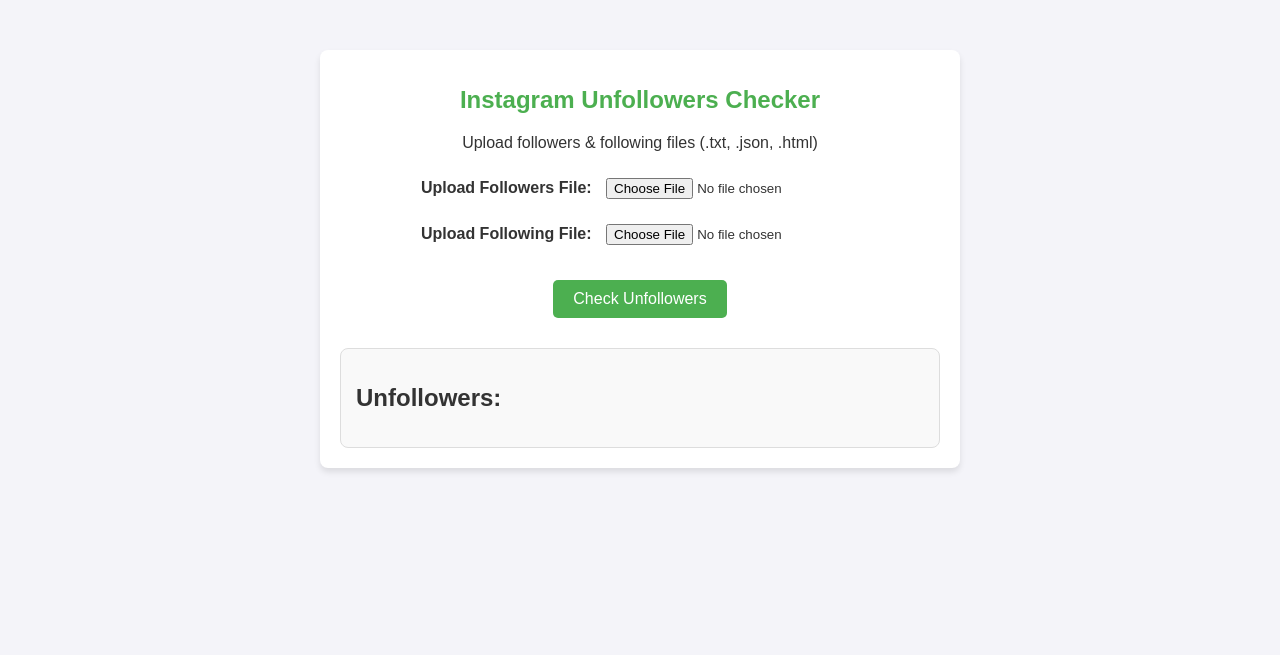
Repository: GiraldoNainggolan/IUC
Page: index.html
The author's editor kept a copy of each file at every save. The page is drawn from the files as they stood at one save, then again after the next save.
The browser window is 1280 px wide. The pictures show the whole page.

Above is the page before, as saved 2025-02-04 16:00:40.

After the next save:
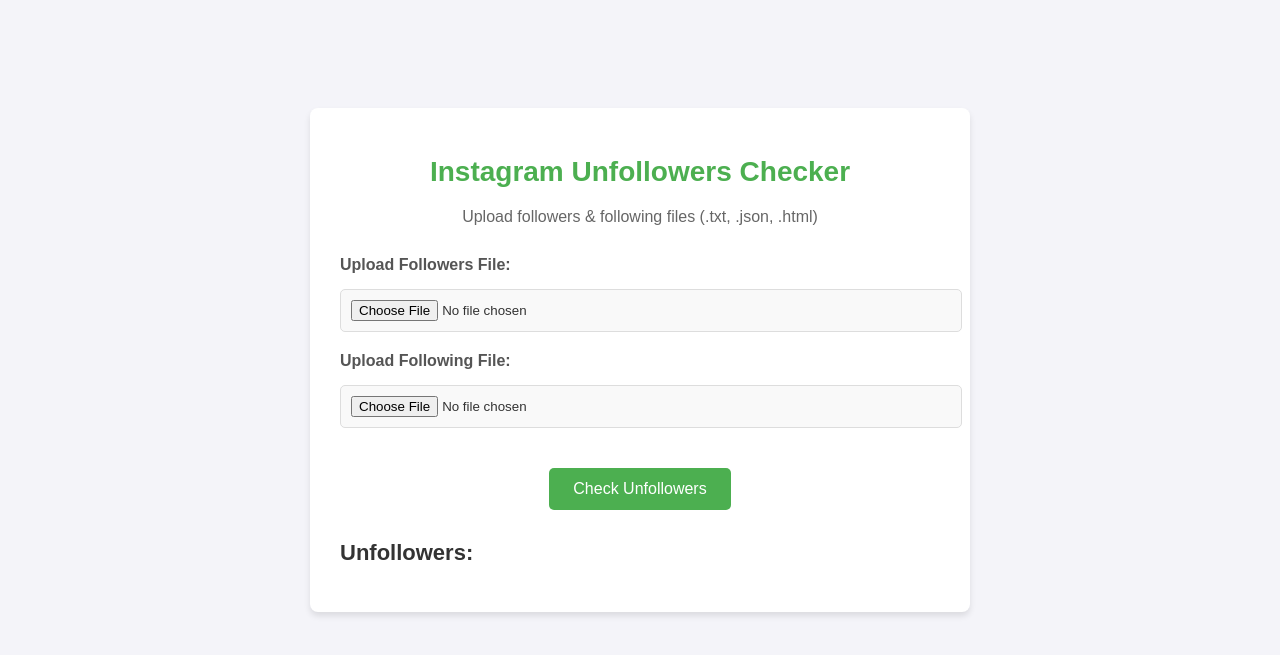
Saved 32 s later.
--- a/style.css
+++ b/style.css
@@ -4,46 +4,65 @@
     color: #333;
     margin: 0;
     padding: 0;
+    display: flex;
+    justify-content: center;
+    align-items: center;
+    height: 100vh;
 }
 
 .container {
     max-width: 600px;
-    margin: 50px auto;
+    width: 100%;
     background: #fff;
-    padding: 20px;
+    padding: 30px;
     box-shadow: 0 4px 6px rgba(0, 0, 0, 0.1);
     border-radius: 8px;
     text-align: center;
 }
 
 h1 {
-    font-size: 24px;
+    font-size: 28px;
     margin-bottom: 20px;
     color: #4CAF50;
 }
 
+p {
+    font-size: 16px;
+    color: #666;
+    margin-bottom: 30px;
+}
+
 .upload-section {
-    margin: 15px 0;
+    margin: 20px 0;
+    text-align: left;
 }
 
 label {
     font-weight: bold;
-    margin-right: 10px;
+    display: block;
+    margin-bottom: 10px;
+    color: #555;
 }
 
 input[type="file"] {
-    margin-top: 10px;
+    width: 100%;
+    padding: 10px;
+    border: 1px solid #ddd;
+    border-radius: 5px;
+    background: #f9f9f9;
+    margin-top: 5px;
 }
 
 button {
     margin-top: 20px;
-    padding: 10px 20px;
+    padding: 12px 24px;
     font-size: 16px;
     background: #4CAF50;
     color: white;
     border: none;
     border-radius: 5px;
     cursor: pointer;
+    transition: background 0.3s ease;
 }
 
 button:hover {
@@ -52,6 +71,13 @@
 
 .result {
     margin-top: 30px;
+    text-align: left;
+}
+
+h2 {
+    font-size: 22px;
+    color: #333;
+    margin-bottom: 15px;
 }
 
 ul {
@@ -61,43 +87,9 @@
 
 ul li {
     background: #f9f9f9;
-    margin: 5px 0;
-    padding: 10px;
+    margin: 10px 0;
+    padding: 15px;
     border: 1px solid #ddd;
     border-radius: 4px;
+    color: #555;
 }
-
-/* Tambahkan ini ke CSS Anda */
-
-.result {
-    margin-top: 30px;
-    text-align: left;
-    max-height: 300px; /* Atur tinggi maksimal container */
-    overflow-y: auto; /* Tambahkan scroll jika konten melebihi tinggi */
-    border: 1px solid #ddd; /* Tambahkan border untuk kejelasan */
-    border-radius: 8px;
-    padding: 15px;
-    background: #f9f9f9;
-}
-
-ul#unfollowersList {
-    margin: 0;
-    padding: 0;
-}
-
-ul#unfollowersList li {
-    background: #fff;
-    margin: 10px 0;
-    padding: 12px;
-    border: 1px solid #eee;
-    border-radius: 5px;
-    color: #555;
-    word-wrap: break-word; /* Memastikan teks panjang tidak overflow */
-    overflow-wrap: break-word; /* Memastikan teks panjang tidak overflow */
-}
-
-/* Jika ingin menambahkan hover effect pada list item */
-ul#unfollowersList li:hover {
-    background: #f1f1f1;
-    cursor: pointer;
-}
